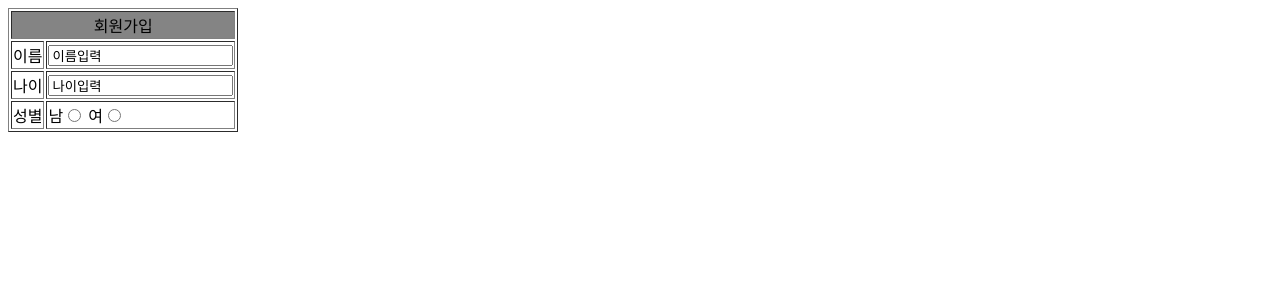
Repository: gunvv00/Java_practice
Page: html_work/html01/WebContent/goods.html
An editor plug-in stored every save of this project. The page is shown before and after the next save, followed by the edit.
The browser window is 1280 px wide. The pictures show the whole page.

Above is the page before, as saved 2020-01-02 06:31:31.

### html_work/html01/WebContent/goods.html
<!DOCTYPE html>
<html>
<head>
<meta charset="UTF-8">
<title>Insert title here</title>
</head>
<body>
	<TABLE Border = 1 >
	<tr>
		<td bgcolor = "#848484" align = center colspan = "2">회원가입</td>
	</tr>
	<tr>
		<td>이름</td>
		<td><input type = "text" name="name" value = "이름입력"></td>
	</tr>
	<tr>
		<td>나이</td>
		<td><input type = "text" name="age" value = "나이입력"></td>
	</tr>
	<tr>
		<td>성별</td>
		<td>남<input type = "radio" name="gender"/>
			여<input type = "radio" name="gender"/>
		</td>
	</tr>
	</TABLE>

</body>
</html>

After the next save:
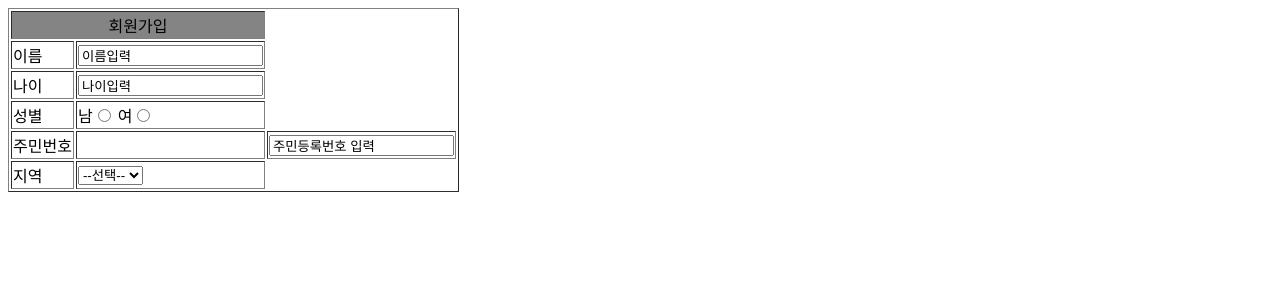
Saved 4 min 28 s later.
--- a/html_work/html01/WebContent/goods.html
+++ b/html_work/html01/WebContent/goods.html
@@ -23,6 +23,24 @@
 			여<input type = "radio" name="gender"/>
 		</td>
 	</tr>
+	<tr>
+		<td>주민번호<td>
+		<td><input type = "text" name="jumin" value = "주민등록번호 입력"></td>
+	</tr>
+	<tr>
+		<td>지역</td>
+		<td>
+		<select name = "location">
+		<option value="">--선택--</option>
+		<option value="j1">서울</option>
+		<option value="j2">경기도</option>
+		<option value="j3">전라도</option>
+		<option value="j3">충청도</option>
+		<option value="j3">경상도</option>
+		<option value="j3">제주</option>
+		</select>
+		</td>
+	</tr>
 	</TABLE>
 
 </body>
